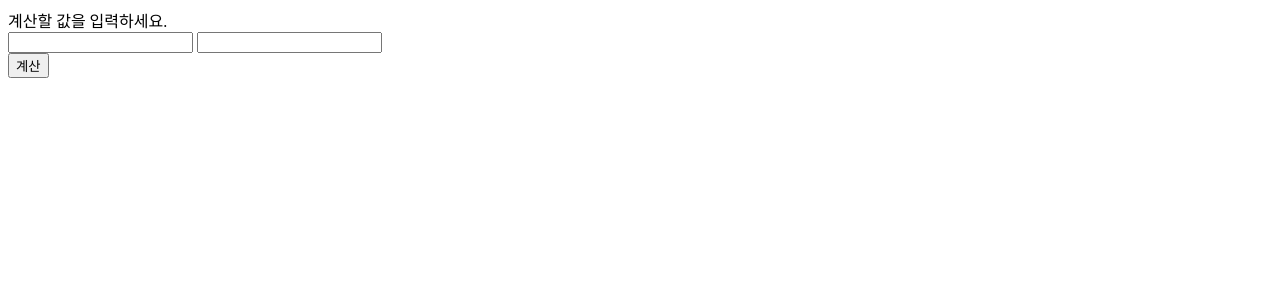
Repository: odreeblue/Study_ServletJSP
Page: jsp/workspace/JSPPrj/src/main/webapp/calc.html
An editor plug-in stored every save of this project. The page is shown before and after the next save, followed by the edit.
The browser window is 1280 px wide. The pictures show the whole page.

Above is the page before, as saved 2023-02-05 14:52:56.

### jsp/workspace/JSPPrj/src/main/webapp/calc.html
<!DOCTYPE html>
<html>
<head>
<meta charset="UTF-8">
<title>Insert title here</title>
</head>
<body>
	<div>
		<form action="add" method="post">
			<div>계산할 값을 입력하세요.</div>
			<div>
				<input type="text" name="x">
				<input type="text" name="y">
			</div>
			<div>
				<input type="submit" value="계산">
			</div>

		</form>
	</div>

</body>
</html>

After the next save:
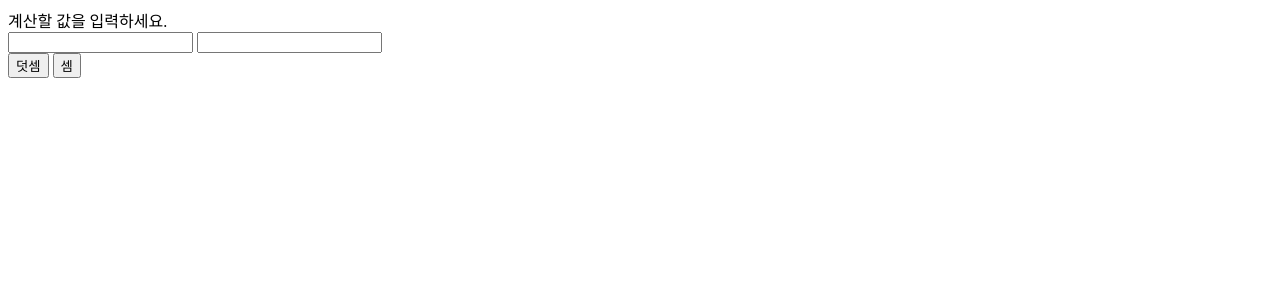
Saved 46 s later.
--- a/jsp/workspace/JSPPrj/src/main/webapp/calc.html
+++ b/jsp/workspace/JSPPrj/src/main/webapp/calc.html
@@ -13,7 +13,8 @@
 				<input type="text" name="y">
 			</div>
 			<div>
-				<input type="submit" value="계산">
+				<input type="submit" value="덧셈">
+				<input type="submit" value="셈">
 			</div>
 
 		</form>
